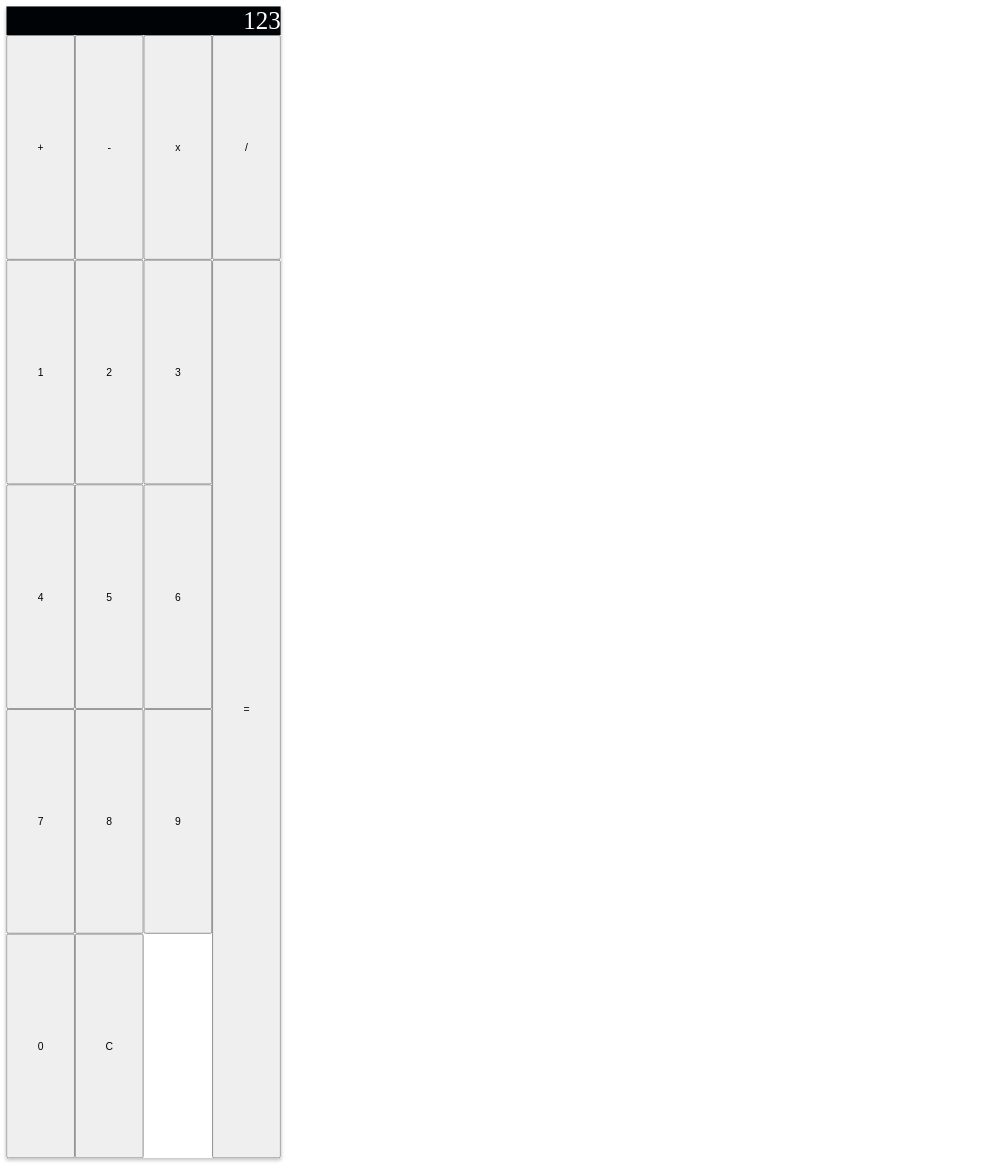
Repository: TEazy2433/LAB-calculator
Page: index.html
An editor plug-in stored every save of this project. The page is shown before and after the next save, followed by the edit.
The browser window is 1280 px wide. The pictures show the whole page, at 78% of full size.

Above is the page before, as saved 2023-10-14 10:16:31.

### index.html
<!DOCTYPE html>
<html lang="en">
<head>
  <meta charset="UTF-8">
  <meta name="viewport" content="width=device-width, initial-scale=1.0">
  <title>calculator</title>
  <link rel="stylesheet" href="main.css">


</head>
<body>
  <div class="calculator">
    <div class="display">123</div>
    <div class="calculator_keys">
      <button class="calculator_key key--operator">+</button>
      <button class="calculator_key key--operator">-</button>
      <button class="calculator_key key--operator">x</button>
      <button class="calculator_key key--operator">/</button>
      <button class="calculator_key">1</button>
      <button class="calculator_key">2</button>
      <button class="calculator_key">3</button>
      <button class="calculator_key">4</button>
      <button class="calculator_key">5</button>
      <button class="calculator_key">6</button>
      <button class="calculator_key">7</button>
      <button class="calculator_key">8</button>
      <button class="calculator_key">9</button>
      <button class="calculator_key">0</button>
      <button class="calculator_key">C</button>
      <button class="calculator_key key--enter">=</button>
    </div>
  </div>

</body>
</html>

### main.css
.calculator{
  overflow: hidden;
  display: flex;
  flex-wrap: wrap;
  max-inline-size: 22rem;
  box-shadow: 0px 3px 6px 0px rgba(0, 0, 0, 0.15), 0px 2px 4px 0px rgba(0, 0, 0, 0.12);
}
.display{
  font-size: 2rem;
  text-align: end;
  background: hsl(210, 100%, 1%);
  color: hsl(255, 100%, 100%);
  width: 100%;
}

.calculator_keys{
  display: grid;
  grid-template-columns: repeat(4,1fr);
  width: 500vh;
  height: 200vh;
}
.calculator_key{

}
.key--operator{

}
.key--enter{
  grid-column: 4 / 5;
  grid-row: 2/ span 4;

}

After the next save:
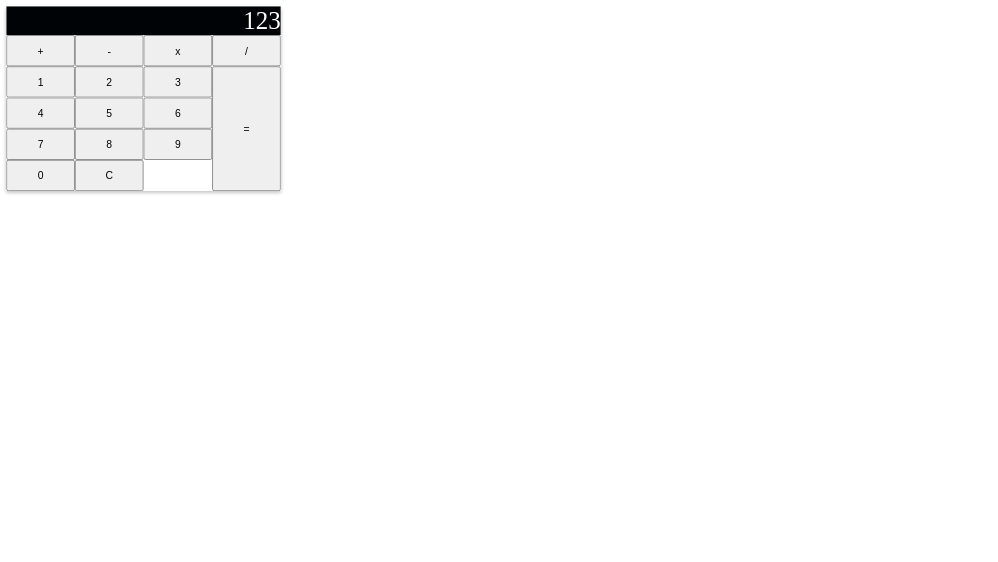
Saved 9 s later.
--- a/main.css
+++ b/main.css
@@ -17,7 +17,7 @@
   display: grid;
   grid-template-columns: repeat(4,1fr);
   width: 500vh;
-  height: 200vh;
+  height: 200px;
 }
 .calculator_key{
 
